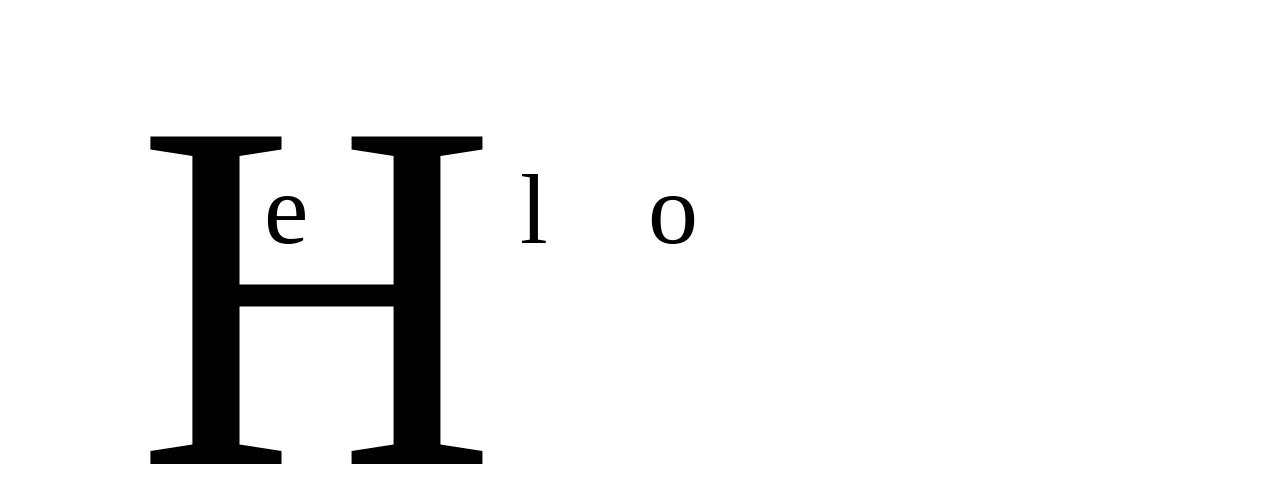
Repository: julihocc/javascript-interview-practice
Page: 01 HTML CSS/Exercise 75/index.html
These files come from the project's save history. The page is drawn as it stood at one moment and after the next save; the edit follows.
The browser window is 1280 px wide. The pictures show the whole page.
The pointer rests on the first visible `.letter`.

Above is the page before, as saved 2022-09-30 00:21:08.

After the next save:
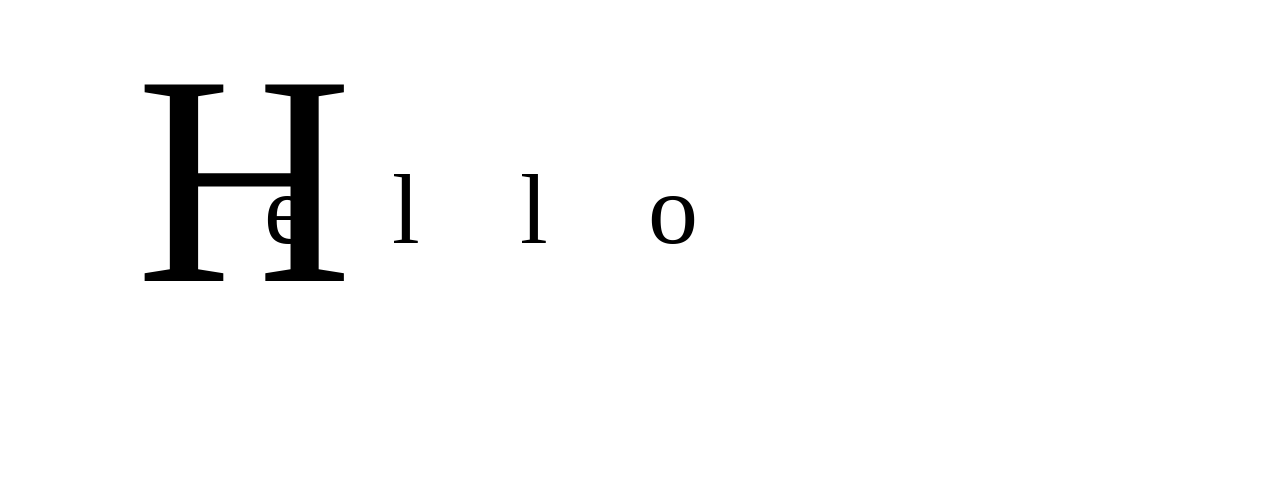
Saved 35 s later.
--- a/01 HTML CSS/Exercise 75/style.css
+++ b/01 HTML CSS/Exercise 75/style.css
@@ -15,7 +15,7 @@
 
 .letter:hover {
     position: absolute;
-    font-size: 500px;
+    font-size: 300px;
     top: 0;
 }
 
